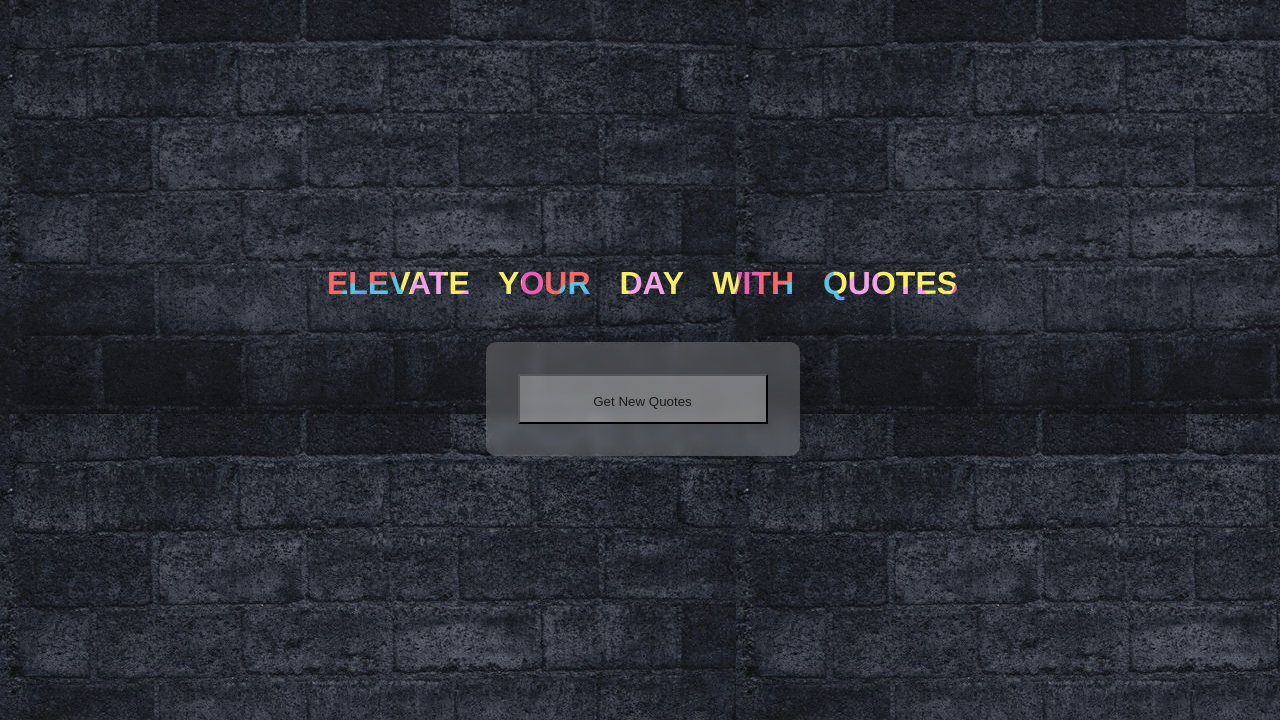
Repository: Bhavik-Sanghar/Quote-app
Page: /
The author's editor kept a copy of each file at every save. The page is drawn from the files as they stood at one save, then again after the next save.
The browser window is 1280 px wide. The pictures show the whole page.
The page's requests for data from a server got no answer. The project was rebuilt for these pictures with package versions that can differ from the ones it lists, and the page was loaded fresh each time. No one was signed in, and anything a server would have sent is missing. Also part of the build but not shown: src/styles.css.

Above is the page before, as saved 2023-08-18 15:56:37.

### src/App.js
import React from 'react';
import './styles.css';
import QuoteComponent from './components/NewQuote'

function App() {
  return (
    <div className="App">

      <QuoteComponent/>


    </div>
  );
}

export default App;

### src/components/NewQuote.js
import React, { useEffect, useState } from "react";
import axios from "axios";
import './New.css'

const QuoteComponent = () => {
  const [quotes, setQuotes] = useState([]);
  const category = "inspirational";
  const apiKey = "EgtS4gqLsbjvHM2bBjKwBA==PYmsGLFQFXQzq0Na";

  useEffect(() => {
    fetchQuotes();
  }, []);

  const fetchQuotes = async () => {
    try {
      const response = await axios.get(
        `https://api.api-ninjas.com/v1/quotes?category=${category}&limit=1`, // Fetching 5 quotes
        {
          headers: { "X-Api-Key": apiKey },
        }
      );
      setQuotes(response.data);
    } catch (error) {
      console.error("Error: ", error);
    }
  };

  const handleFetchNewQuotes = () => {
    fetchQuotes();
  };

  return (
    <div className="quote-container">
      <h1>Elevate Your Day with Quotes</h1>
      <div className="card-container">
        {quotes.map((quote, index) => (
          <div key={index} className="card">
            <p className="quote-text">{quote.quote}</p>
            <p className="author">- {quote.author}</p>
          </div>
        ))} <button className="btn btn-one" onClick={handleFetchNewQuotes}>
           Get New Quotes
      </button>
      </div>
    </div>
  );
};

export default QuoteComponent;

### src/components/New.css
.quote-container {
  padding: auto;
  padding-left: 5px;
  display: flex;
  flex-direction: column;
  justify-content: center;
  align-items: center;
  min-height: 100vh;
  background-color: black;
  background-image: url(./bg.jpg);
  transition: background-image 0.5s ease-in-out; /* Add transition for smooth image change */
  color: white;
  position: relative; /* Required for positioning pseudo-element */
  overflow: hidden; /* Hide overflowing pseudo-element content */
}

.quote-container h1 {
  z-index: 2;
  margin: 20px;
  background-image: url(./h1.jpg);
  background-repeat: repeat;
  opacity: 0;
  -webkit-background-clip: text;
  -webkit-text-fill-color: transparent;
  text-align: center;
  word-spacing: 20px;
  font-weight: bold;
  text-transform: uppercase;
  font-family: "Steelfish Rg", "helvetica neue";
  font-weight: 800;
  -webkit-font-smoothing: antialiased;
  transition: background-color 0.3s ease-in-out;
  animation: fadeInHeading 2s ease-in-out 0.5s forwards;
}

.card:hover {
  /* Example animation - scale up on hover */
  transform: scale(1.05);
  transition: transform 0.3s ease-in-out;
}

.author:hover {
  /* Example animation - change text color on hover */
  color: #00e5ff; /* Change to your desired color */
  transition: color 0.3s ease-in-out;
}
.quote-container h1:hover {
  font-size: 2.2em;
  transition: font-size 0.3s ease-in-out;
}

.fetch-button {
  position: absolute;
  margin-top: 40px;
  bottom: 20px; /* Adjust to your preference */
  right: 20px; /* Adjust to your preference */
  background-color: transparent;
  border: none;
  color: white;
  cursor: pointer;
  font-size: 16px;
  padding: 10px 20px;
  border-radius: 5px;
  transition: background-color 0.3s ease-in-out;
}

.fetch-button:hover {
  background-color: rgba(255, 255, 255, 0.1);
}

.card-container {
  z-index: 2;
  margin: 20px;
  backdrop-filter: blur(5px);
  background-color: hsla(0, 0%, 100%, 0.2);
  border-radius: 10px;
  padding: 2rem;
  font-size: larger;
  font-family: "Times New Roman", Times, serif;
  opacity: 0; /* Set initial opacity to 0 */
  animation: fadeInQuotes 3s ease-in-out 1s forwards,
    fadeInBackground 3s ease-in-out 1s forwards;
  position: relative; /* Ensure proper z-index behavior */
}

@keyframes fadeInHeading {
  from {
    opacity: 0;
    transform: translateY(-20px);
  }
  to {
    opacity: 1;
    transform: translateY(0);
  }
}

@keyframes fadeInQuotes {
  from {
    opacity: 0;
    transform: translateY(20px);
  }
  to {
    opacity: 1;
    transform: translateY(0);
  }
}

@keyframes fadeInBackground {
  from {
    opacity: 0;
  }
  to {
    opacity: 1;
  }
}

.btn {
  line-height: 50px;
  height: 50px;
  text-align: center;
  width: 250px;
  cursor: pointer;
}

.btn-one {
  background-color: hsla(0, 0%, 100%, 0.2);  transition: all 0.3s;
  position: relative;
}
.btn-one span {
  transition: all 0.3s;
}
.btn-one::before {
  content: '';
  position: absolute;
  bottom: 0;
  left: 0;
  width: 100%;
  height: 100%;
  z-index: 1;
  opacity: 0;
  transition: all 0.3s;
  border-top-width: 1px;
  border-bottom-width: 1px;
  border-top-style: solid;
  border-bottom-style: solid;
  border-top-color: rgba(255,255,255,0.5);
  border-bottom-color: rgba(255,255,255,0.5);
  transform: scale(0.1, 1);
}
.btn-one:hover span {
  letter-spacing: 2px;
}
.btn-one:hover::before {
  opacity: 1;
  transform: scale(1, 1);
}
.btn-one::after {
  content: '';
  position: absolute;
  bottom: 0;
  left: 0;
  width: 100%;
  height: 100%;
  z-index: 1;
  transition: all 0.3s;
  background-color: rgba(255,255,255,0.1);
}
.btn-one:hover::after {
  opacity: 0;
  transform: scale(0.1, 1);
}

Loaded but not shown: public/index.html (common file); src/index.js (common file); src/index.css (common file); src/reportWebVitals.js (common file)

After the next save:
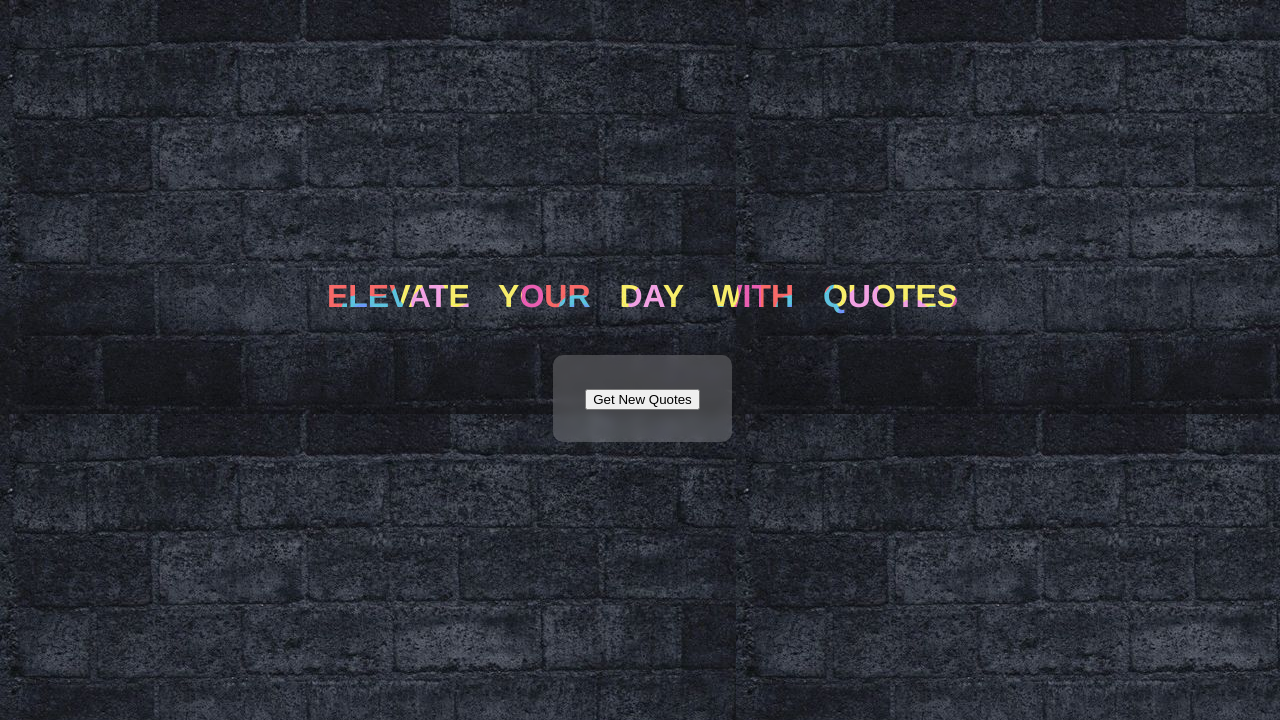
Saved 14 s later.
--- a/src/components/New.css
+++ b/src/components/New.css
@@ -113,59 +113,3 @@
     opacity: 1;
   }
 }
-
-.btn {
-  line-height: 50px;
-  height: 50px;
-  text-align: center;
-  width: 250px;
-  cursor: pointer;
-}
-
-.btn-one {
-  background-color: hsla(0, 0%, 100%, 0.2);  transition: all 0.3s;
-  position: relative;
-}
-.btn-one span {
-  transition: all 0.3s;
-}
-.btn-one::before {
-  content: '';
-  position: absolute;
-  bottom: 0;
-  left: 0;
-  width: 100%;
-  height: 100%;
-  z-index: 1;
-  opacity: 0;
-  transition: all 0.3s;
-  border-top-width: 1px;
-  border-bottom-width: 1px;
-  border-top-style: solid;
-  border-bottom-style: solid;
-  border-top-color: rgba(255,255,255,0.5);
-  border-bottom-color: rgba(255,255,255,0.5);
-  transform: scale(0.1, 1);
-}
-.btn-one:hover span {
-  letter-spacing: 2px;
-}
-.btn-one:hover::before {
-  opacity: 1;
-  transform: scale(1, 1);
-}
-.btn-one::after {
-  content: '';
-  position: absolute;
-  bottom: 0;
-  left: 0;
-  width: 100%;
-  height: 100%;
-  z-index: 1;
-  transition: all 0.3s;
-  background-color: rgba(255,255,255,0.1);
-}
-.btn-one:hover::after {
-  opacity: 0;
-  transform: scale(0.1, 1);
-}
